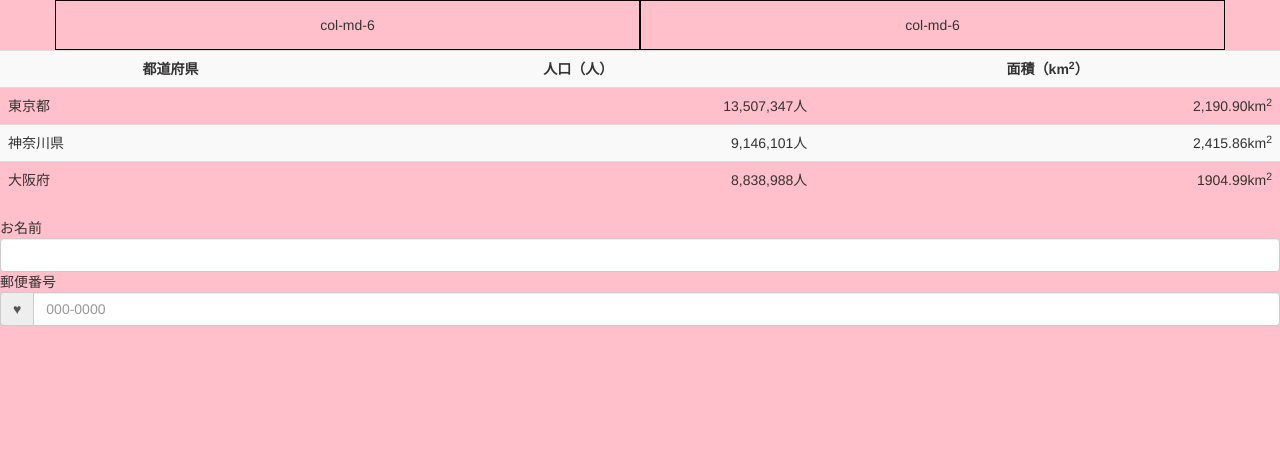
Repository: erika-sugimoto/microposts
Page: bootstrap_lesson.html
The author's editor kept a record of every edit. The page is drawn from the files as they stood at one moment, then again after the next edit.
The browser window is 1280 px wide. The pictures show the whole page.

Above is the page before.

After the next edit:
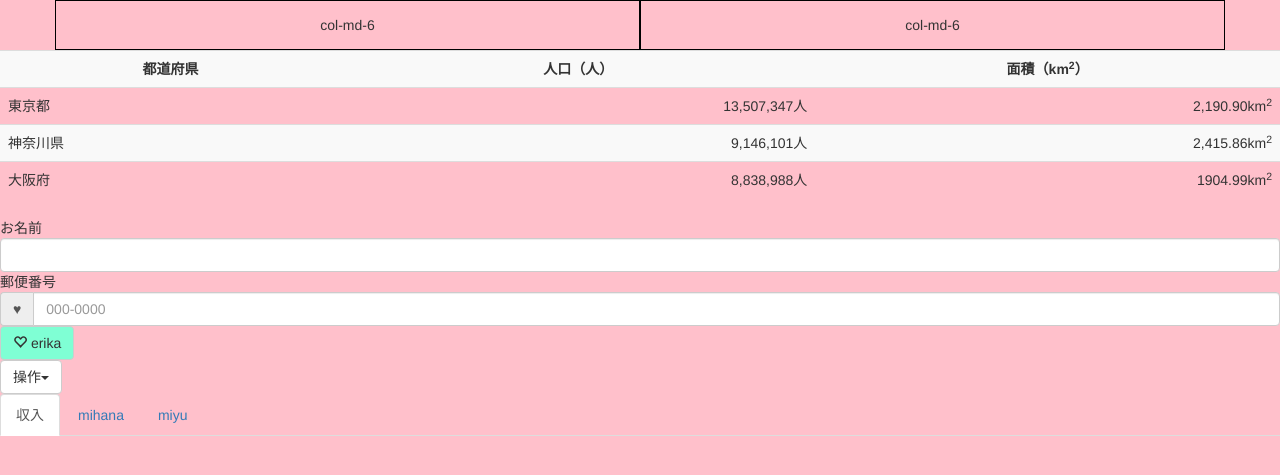
The edit:
--- a/bootstrap_lesson.html
+++ b/bootstrap_lesson.html
@@ -66,5 +66,28 @@
     <input type="text" class="form-control" placeholder="000-0000">
   </div>
 </form>
-    </body>
+
+<button id="erika" class="btn btn-default" type="submit">
+    <span class="glyphicon glyphicon-heart-empty"></span>
+    erika
+    </button>
+     <div class="dropdown">
+  <button type="button" class="btn btn-default dropdown-toggle" data-toggle="dropdown">
+    操作<span class="caret"></span>
+  </button>
+  <!-- choices -->
+  <ul class="dropdown-menu">
+    <li><a href="#">返信</a></li>
+    <li><a href="#">転送</a></li>
+    <li role="separator" class="divider"></li>
+    <li><a href="#">削除</a></li>
+  </ul>
+</div>
+
+<ul class="nav nav-tabs">
+  <li class="active"><a href="#">収入</a></li>
+  <li><a href="#">mihana</a></li>
+  <li><a href="#">miyu</a></li>
+</ul>
+     </body>
 </html>
